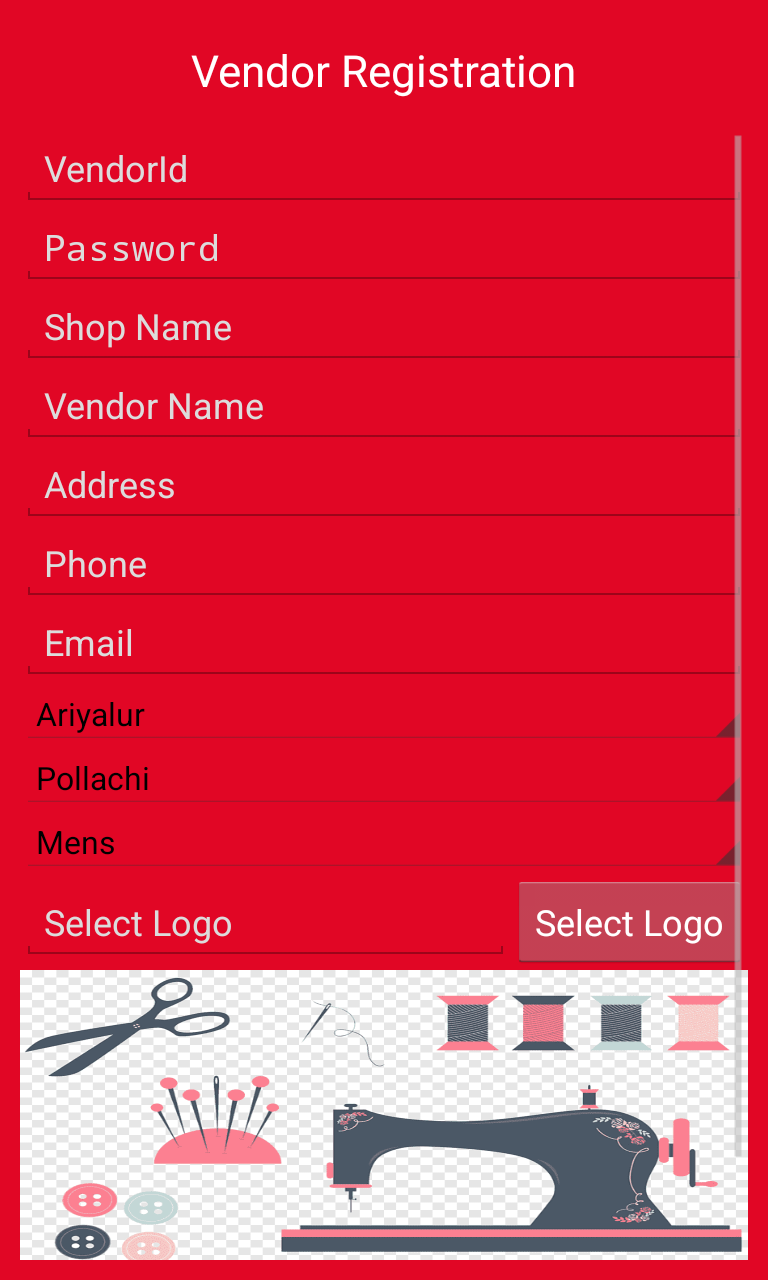
Repository: GowthamS18/Stiching_App
Layout: StitchingAndro/res/layout/vendor_registration.xml
The author's editor kept a copy of each file at every save. The layout is drawn from the files as they stood at one save, then again after the next save.
It is drawn on a 768 x 1280 px phone screen (xhdpi) without system bars, with theme AppBaseTheme; the app's code is not run.

Above is the layout before, as saved 2024-03-16 03:00:35.

### StitchingAndro/res/layout/vendor_registration.xml
<LinearLayout xmlns:android="http://schemas.android.com/apk/res/android"
    xmlns:tools="http://schemas.android.com/tools"
    android:layout_width="match_parent"
    android:layout_height="match_parent"
    android:orientation="vertical"
    android:padding="10dp"
    android:paddingBottom="@dimen/activity_vertical_margin"
    android:paddingLeft="@dimen/activity_horizontal_margin"
    android:paddingRight="10dp"
    android:background="@color/red"
    android:paddingTop="@dimen/activity_vertical_margin"
    tools:context=".VendorRegistration" >

        <TextView
            android:id="@+id/tvBugname"
            android:layout_width="wrap_content"
            android:layout_height="wrap_content"
            android:layout_gravity="center"
            android:layout_marginTop="10dp"
            android:paddingBottom="15dp"
            android:text="Vendor Registration"
             android:textColor="@color/white"
            android:textAppearance="?android:attr/textAppearanceLarge"
            />

      <ScrollView
        android:id="@+id/scrollView1"
        android:layout_width="fill_parent"
        android:layout_height="fill_parent" >

        <LinearLayout
            android:layout_width="match_parent"
            android:layout_height="wrap_content"
            android:orientation="vertical" >


            <EditText
                android:id="@+id/editText1"
                android:layout_width="match_parent"
                android:layout_height="wrap_content"
                android:layout_weight="1"
                android:ems="15"
                android:textColor="@color/white"
 				android:textColorHint="@color/gray"
                android:hint="VendorId" />

            <EditText
                android:id="@+id/editText2"
                android:layout_width="match_parent"
                android:layout_height="wrap_content"
                android:layout_weight="1"
                android:ems="15"
                 android:textColor="@color/white"
                android:hint="Password"
                android:textColorHint="@color/gray"
                android:inputType="textPassword" />

            <EditText
                android:id="@+id/editText3"
                android:layout_width="match_parent"
                android:layout_height="wrap_content"
                android:layout_weight="1"
                android:ems="15"
                 android:textColor="@color/white"
                 android:textColorHint="@color/gray"
                android:hint="Shop Name" />

            <EditText
                android:id="@+id/editText4"
                android:layout_width="match_parent"
                android:layout_height="wrap_content"
                android:layout_weight="1"
                android:ems="15"
                 android:textColor="@color/white"
                 android:textColorHint="@color/gray"
                android:hint="Vendor Name" />

            <EditText
                android:id="@+id/editText5"
                android:layout_width="match_parent"
                android:layout_height="wrap_content"
                android:layout_weight="1"
                android:ems="15"
                 android:textColor="@color/white"
                 android:textColorHint="@color/gray"
                android:hint="Address"
                 >

            </EditText>



            <EditText
                android:id="@+id/editText6"
                android:layout_width="match_parent"
                android:layout_height="wrap_content"
                android:layout_weight="1"
                android:ems="15"
                 android:textColor="@color/white"
                 android:textColorHint="@color/gray"
                android:hint="Phone" />
           <EditText
                android:id="@+id/editText7"
                android:layout_width="match_parent"
                android:layout_height="wrap_content"
                android:layout_weight="1"
                android:ems="15"
                 android:textColor="@color/white"
                 android:textColorHint="@color/gray"
                android:hint="Email" />
           <Spinner
                android:id="@+id/spinner1"
                android:layout_width="match_parent"
                android:layout_height="wrap_content"
                android:layout_weight="1"
                android:ems="15"
                 android:textColor="@color/white"
                 android:entries="@array/district"
				/>

            <Spinner
                android:id="@+id/spinner2"
                android:layout_width="match_parent"
                android:layout_height="wrap_content"
                android:layout_weight="1"
                android:ems="15"
                android:textColor="@color/white"
                android:entries="@array/location" />

              <Spinner
                android:id="@+id/spinner3"
                android:layout_width="match_parent"
                android:layout_height="wrap_content"
                android:layout_weight="1"
                android:ems="15"
                android:textColor="@color/white"
                android:entries="@array/cat" />

             <LinearLayout
                android:layout_width="match_parent"
                android:layout_height="wrap_content"
                android:layout_weight="1"
                android:orientation="horizontal">

                <EditText
                    android:id="@+id/editText8"
                    android:layout_width="match_parent"
                    android:layout_height="wrap_content"
                    android:layout_weight="1"
                    android:ems="15"
                    android:textColor="@color/white"
                    android:textColorHint="@color/gray"
                    android:hint="Select Logo" />

                <Button
                    android:id="@+id/Button1"
                    android:layout_width="wrap_content"
                    android:layout_height="wrap_content"
                    android:textColor="@color/white"
                    android:text="Select Logo" />
            </LinearLayout>

            <ImageView
                android:id="@+id/imageView1"
                android:layout_width="match_parent"
                android:layout_height="150dp"
                android:scaleType="fitXY"
                android:src="@drawable/stitchlogo" />
           <LinearLayout
               android:layout_width="match_parent"
               android:layout_height="wrap_content"
               android:layout_weight="1"
               android:orientation="horizontal" >

               <Button
                   android:id="@+id/imageButton1"
                   android:layout_width="match_parent"
                   android:layout_height="wrap_content"
                   android:layout_weight="1"
                    android:textColor="@color/white"
                   android:text="Register" />

               <Button
                   android:id="@+id/imageButton2"
                   android:layout_width="match_parent"
                   android:layout_height="wrap_content"
                   android:layout_weight="1"
                    android:textColor="@color/white"
                   android:text="Back" />
           </LinearLayout>

        </LinearLayout>
    </ScrollView>

</LinearLayout>

### StitchingAndro/res/values/colors.xml
<?xml version="1.0" encoding="utf-8"?>
<resources>
    <color name="white">#ffffff</color>
    <color name="bg_gradient_start">#31244e</color>
    <color name="bg_gradient_end">#6b394c</color>
    <color name="black">#111111</color>
    <color name="red">#E10625</color>
    <color name="lightred">#ff5235</color>
     <color name="green">#21AF05</color>
      <color name="blue">#bee4ec</color>
       <color name="gray">#DCDCDC</color>


</resources>

### StitchingAndro/res/values/strings.xml
<?xml version="1.0" encoding="utf-8"?>
<resources>

    <string name="app_name">Thread Express</string>
    <string name="action_settings">Settings</string>
    <string name="hello_world">Hello world!</string>
    <string name="title_activity_home">Home</string>
    <string name="title_activity_home_page">HomePage</string>
    <string name="title_activity_edit_profile">Add to Cart</string>
    <string name="title_activity_test">Test</string>
    <string name="title_activity_request">RequestActivity</string>
    <string name="planet_prompt">Choose a planet</string>

    <string-array name="cat">
        <item>Mens </item>
        <item>Womens</item>
        <item>Kids </item>
        <item>All </item>
    </string-array>
    <string-array name="designCat">
        <item>Shirt </item>
        <item>Pant</item>
        <item>Suits </item>
        <item>Kurtha </item>
        <item>Chudithar </item>
        <item>Blouse </item>
        <item>Alteration </item>
    </string-array>
    <string-array name="district">
        <item>Ariyalur</item>
        <item>Chengalpattu</item>
        <item>Chennai</item>
        <item>Coimbatore</item>
        <item>Cuddalore</item>
        <item>Dharmapuri</item>
        <item>Dindigul</item>
        <item>Erode</item>
        <item>Kallakurichi</item>
        <item>Kancheepuram</item>
        <item>Karur</item>
        <item>Krishnagiri</item>
        <item>Madurai</item>
        <item>Mayiladuthurai</item>
    </string-array>
    <string-array name="location">
        <item>Pollachi </item>
        <item>Kinathukadavu</item>
        <item>Echanari</item>
        <item>Thudiyalur</item>
        <item>Saravanampatti</item>
        <item>Annur </item>
        <item>Mettupalayam </item>
    </string-array>
    <string-array name="gender">
        <item>Male</item>
        <item>Female</item>
        <item>TG</item>
    </string-array>

      <string-array name="paymentmode">
        <item>Net Banking</item>
        <item>UPI</item>
        <item>Card Payment</item>
         <item>Cash On Delivery</item>
    </string-array>


    <string name="title_activity_selection">Selection</string>
    <string name="title_activity_ratings">Ratings</string>
    <string name="title_activity_login_select">Thread Express</string>
    <string name="title_activity_stu_login">Login</string>
    <string name="title_activity_stu_register">Register</string>
    <string name="title_activity_stu_home">Home</string>
    <string name="title_activity_check_out">CheckOut</string>
    <string name="title_activity_view_single_prod">ViewSingleProd</string>
    <string name="title_activity_vendor_registration">VendorRegistration</string>
    <string name="title_activity_vendor_login">VendorLogin</string>
    <string name="title_activity_vendor_home">VendorHome</string>
    <string name="title_activity_view_orders">ViewOrders</string>
    <string name="title_activity_view_measurements">ViewMeasurements</string>
    <string name="title_activity_view_payments">ViewPayments</string>
    <string name="title_activity_update_status">UpdateStatus</string>
    <string name="title_activity_add_measurement">AddMeasurement</string>
    <string name="title_activity_my_orders">MyOrders</string>
    <string name="title_activity_cust_view_measurements">CustViewMeasurements</string>
    <string name="title_activity_user_home">UserHome</string>
    <string name="title_activity_payments">Payments</string>
    <string name="title_activity_view_status">ViewStatus</string>

</resources>

Loaded but not shown: StitchingAndro/res/values-v11/styles.xml (common file); StitchingAndro/res/values-v14/styles.xml (common file); StitchingAndro/res/values/styles.xml (common file); StitchingAndro/res/values/dimens.xml (common file)

After the next save:
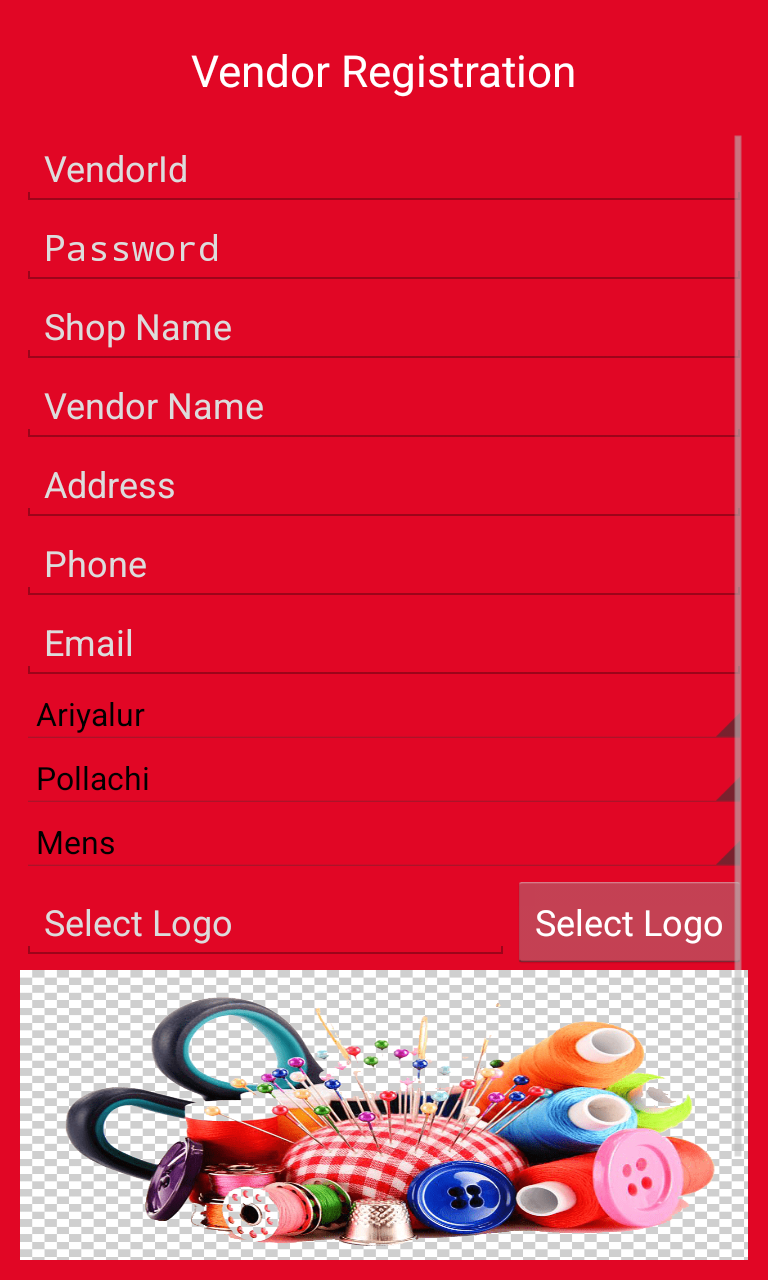
Saved 9 s later.
--- a/StitchingAndro/res/layout/vendor_registration.xml
+++ b/StitchingAndro/res/layout/vendor_registration.xml
@@ -165,7 +165,7 @@
                 android:layout_width="match_parent"
                 android:layout_height="150dp"
                 android:scaleType="fitXY"
-                android:src="@drawable/stitchlogo" />
+                android:src="@drawable/stitchinglogo" />
            <LinearLayout
                android:layout_width="match_parent"
                android:layout_height="wrap_content"
